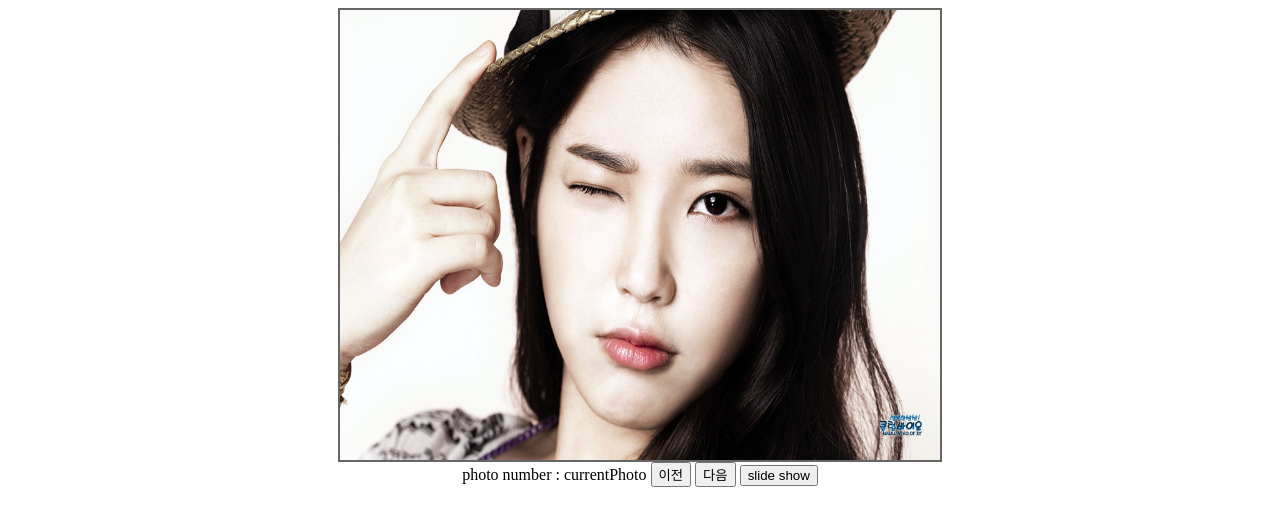
Repository: bluegony/spring_study
Page: jquerytest/src/main/webapp/jquery7.html
These files come from the project's save history. The page is drawn as it stood at one moment and after the next save; the edit follows.
The browser window is 1280 px wide. The pictures show the whole page.
Some web libraries are served in a nearby version.

Above is the page before, as saved 2013-09-04 08:43:23.

After the next save:
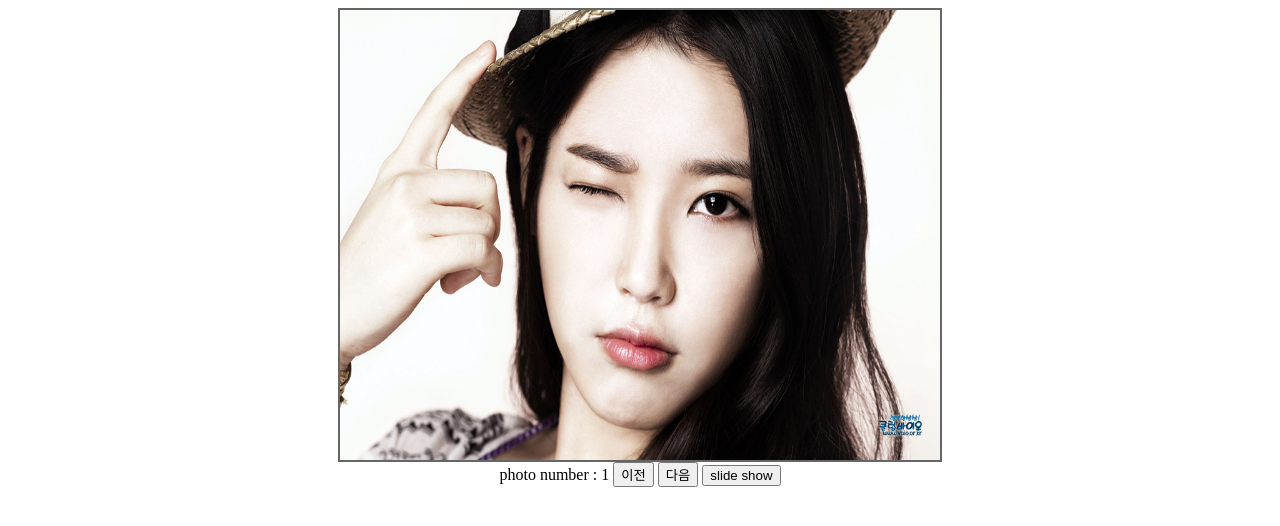
Saved 13 s later.
--- a/jquerytest/src/main/webapp/jquery7.html
+++ b/jquerytest/src/main/webapp/jquery7.html
@@ -104,7 +104,7 @@
 	</div>
 
 	<div id="control">
-photo number : <span id=photoNum>currentPhoto</span>
+photo number : <span id=photoNum>1</span>
 		<input type="button" id="prevBtn" value="이전">
 		 <input type="button" id="nextBtn" value="다음">
 		 <input type="button" id="slideShow" value="slide show">
